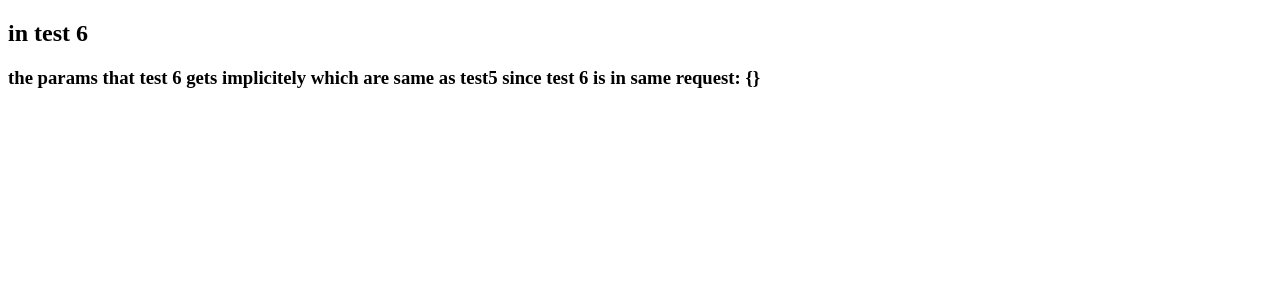
Repository: akshay399/adv-java-daywise
Page: http://localhost/day6.1_rerun/test6.jsp
The author's editor kept a copy of each file at every save. The page is drawn from the files as they stood at one save, then again after the next save.
The browser window is 1280 px wide. The pictures show the whole page.
The page is served by Tomcat 9. Nobody is signed in. The application's start-up code is not run. Other server files are loaded and not shown.

Above is the page before, as saved 2022-11-28 17:24:01.

### day6.1_rerun/src/main/webapp/test6.jsp
<%@ page language="java" contentType="text/html; charset=UTF-8"
    pageEncoding="UTF-8"%>
<!DOCTYPE html>
<html>
<head>
<meta charset="UTF-8">
<title>Insert title here</title>
</head>
<body>
<h2>in test 6</h2>
<h3>the params that test 6 gets implicitely which are same as test5 since test 6 is in same request: ${param}</h3>
</body>
</html>

After the next save:
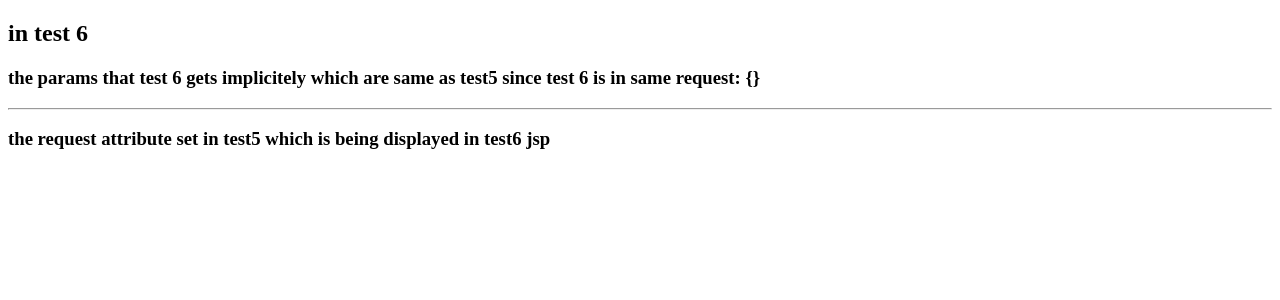
Saved 28 s later.
--- a/day6.1_rerun/src/main/webapp/test6.jsp
+++ b/day6.1_rerun/src/main/webapp/test6.jsp
@@ -9,5 +9,7 @@
 <body>
 <h2>in test 6</h2>
 <h3>the params that test 6 gets implicitely which are same as test5 since test 6 is in same request: ${param}</h3>
+<hr>
+<h3>the request attribute set in test5 which is being displayed in test6 jsp</h3>
 </body>
 </html>
